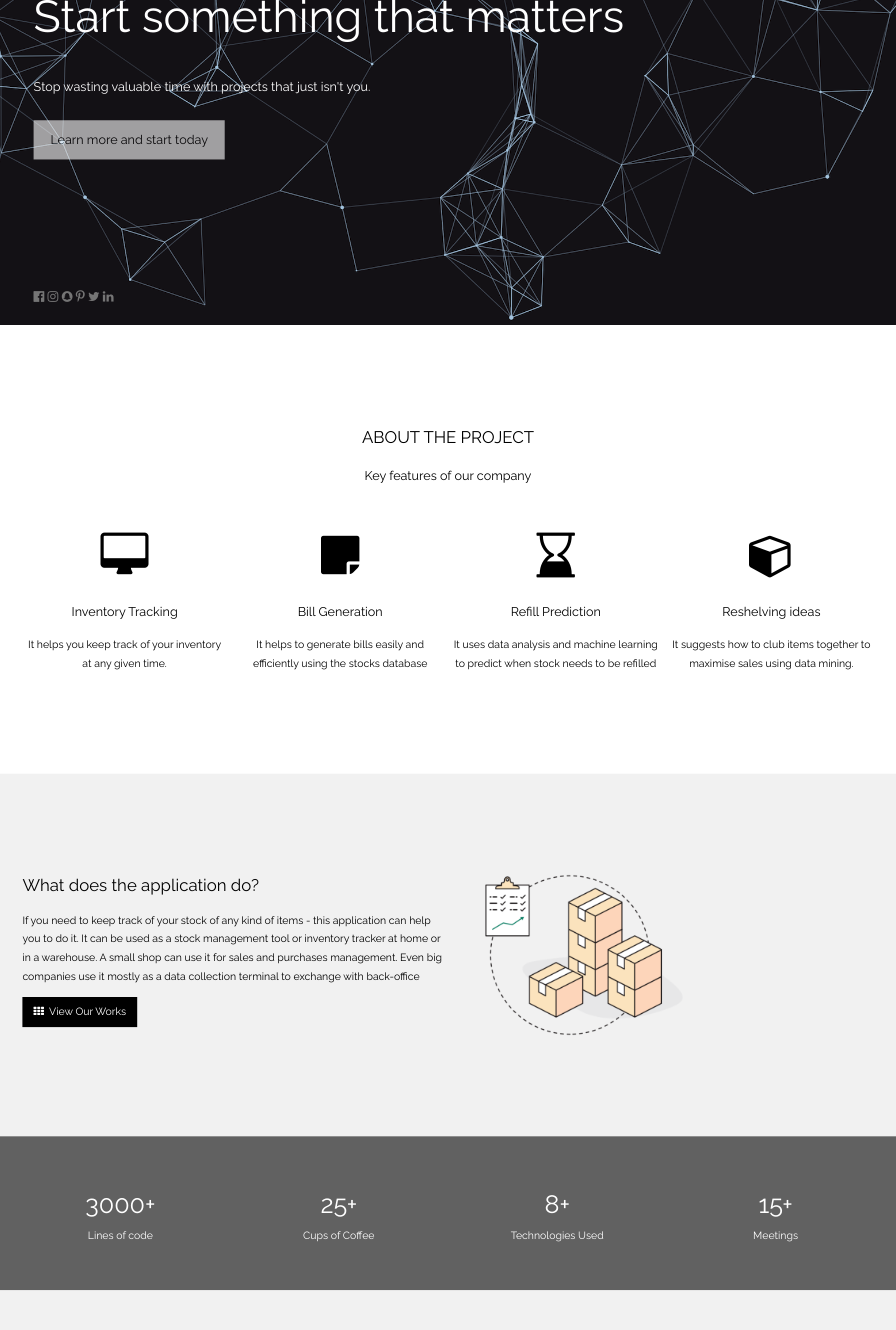
Repository: LaukeyMwaura/smart-farmers-
Page: index.html
The author's editor kept a copy of each file at every save. The page is drawn from the files as they stood at one save, then again after a run of saves.
The browser window is 1280 px wide. The pictures show the part of the page from y = 255 to 2155 px (the page is 3432 px tall before and 4355 px after), at 70% of full size.
A picture or video elsewhere on the page could not be fetched, so the positions and the page height are approximate.

Above is the page before, as saved 2022-05-23 13:55:17.

After the next 2 saves:
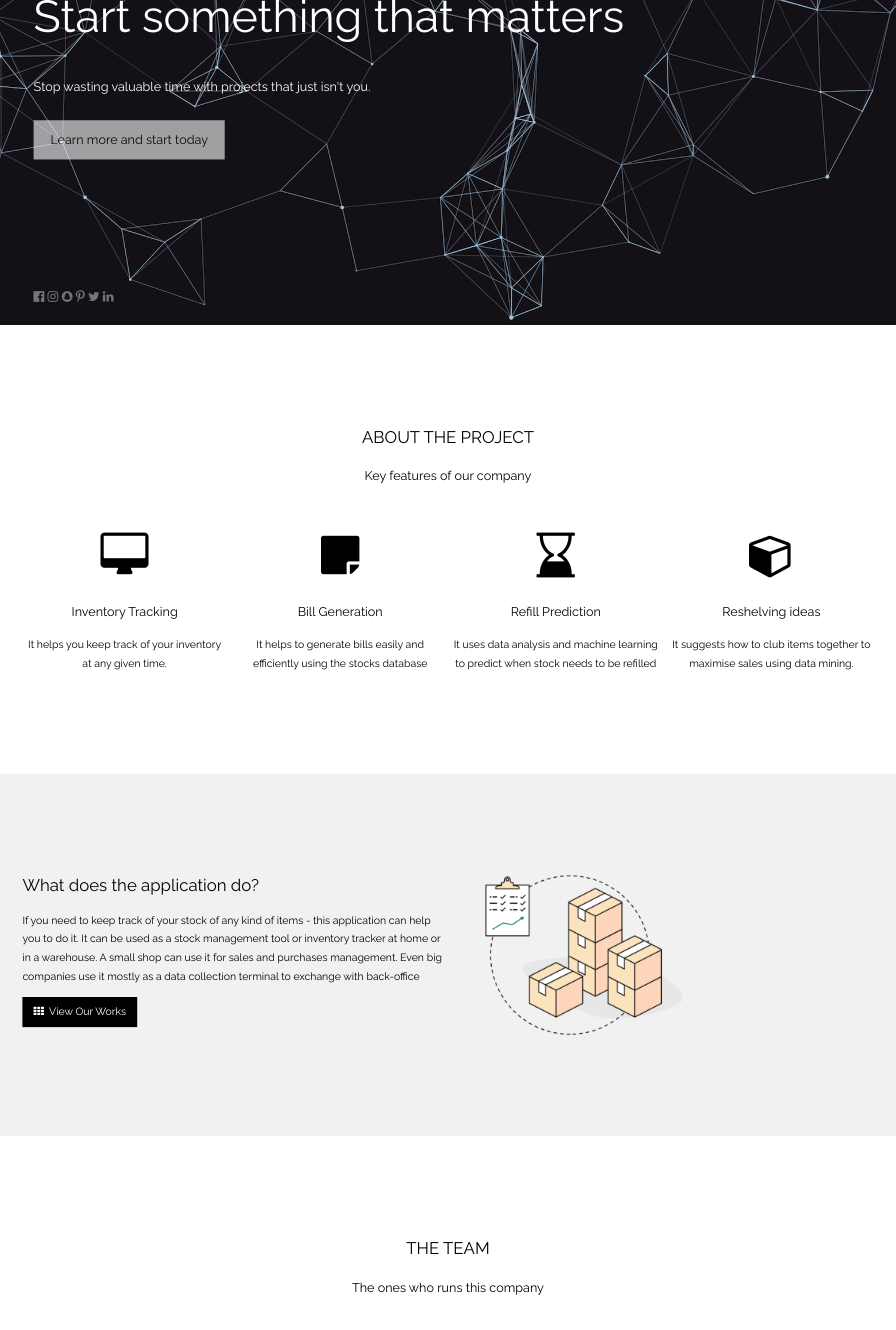
The 2 saves are shown as one change because they came seconds apart.
The last was saved 43 s later.
--- a/index.html
+++ b/index.html
@@ -133,8 +133,7 @@
   </div>
 </div>
 
-<!-- Team Section -->
-<!-- <div class="w3-container" style="padding:128px 16px" id="team">
+<div class="w3-container" style="padding:128px 16px" id="team">
   <h3 class="w3-center">THE TEAM</h3>
   <p class="w3-center w3-large">The ones who runs this company</p>
   <div class="w3-row-padding w3-grayscale" style="margin-top:64px">
@@ -183,7 +182,7 @@
       </div>
     </div>
   </div>
-</div> -->
+</div>
 
 <!-- Promo Section "Statistics" -->
 <div class="w3-container w3-row w3-center w3-dark-grey w3-padding-64">
@@ -248,7 +247,7 @@
     <img id="img01" class="w3-image">
     <p id="caption" class="w3-opacity w3-large"></p>
   </div>
-</div> -->
+</div>
 
 <!-- Skills Section -->
 <div class="w3-container w3-light-grey w3-padding-64" id="work">
